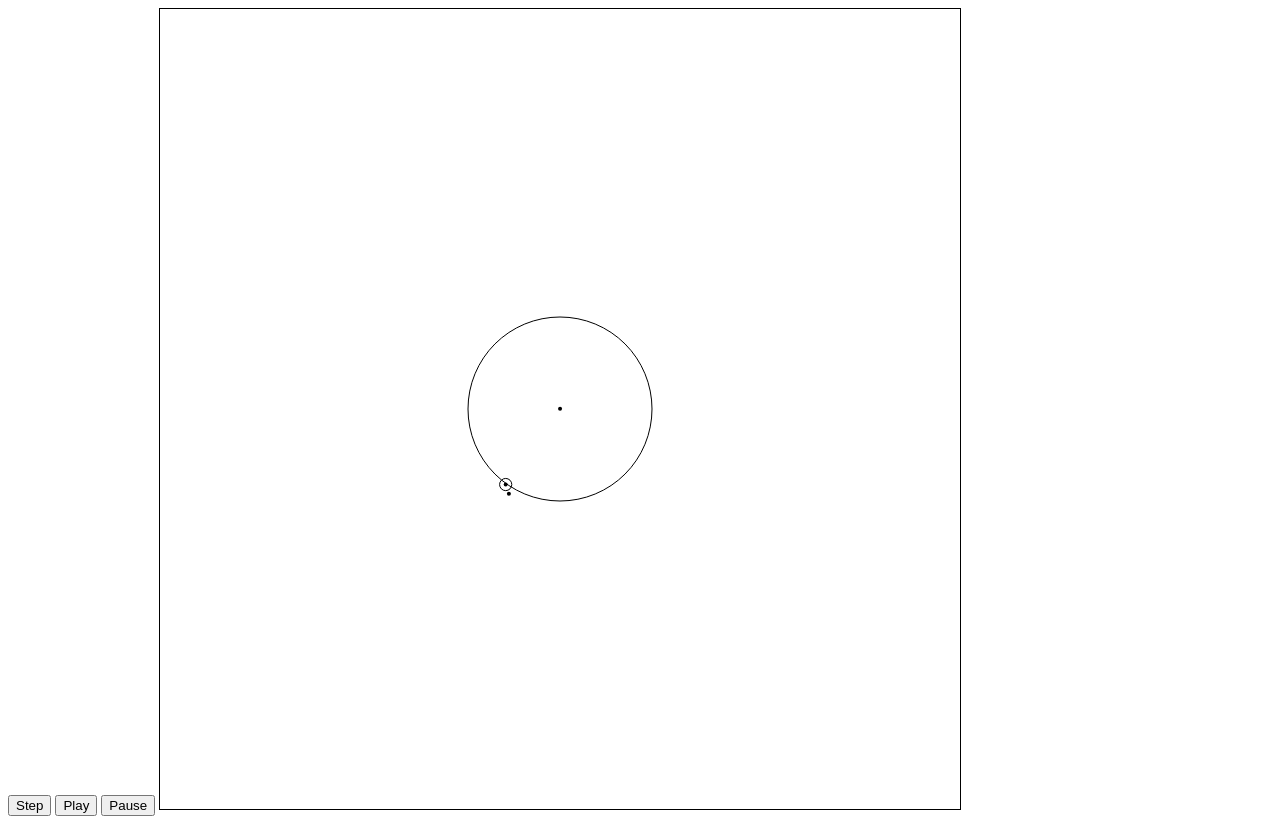
Repository: blahnikkai/n-body-simulation
Page: index.html
The author's editor kept a copy of each file at every save. The page is drawn from the files as they stood at one save, then again after the next save.
The browser window is 1280 px wide. The pictures show the whole page.

Above is the page before, as saved 2024-02-22 16:01:25.

### index.html
<!DOCTYPE html>
<html lang="en">
    <head>
        <meta charset="UTF-8" />
        <meta name="viewport" content="width=device-width, initial-scale=1.0" />
        <title>Document</title>
        <link rel="stylesheet" href="styles.css">
        <script src="script.js" defer></script>
    </head>
    <body>
        <button id="step">Step</button>
        <button id="play">Play</button>
        <button id="pause">Pause</button>
        <canvas id="canvas" width="800" height="800">
    </body>
</html>

### styles.css
canvas {
    background-color: white;
    border: 1px solid black;
}

html {
    background-color: white;
}

### script.js
const G = 6.67e-11
const DIST_SCALE = 1000000
const TIME_SCALE = 5
const FRAMERATE = 60

class Vector {
    constructor(x, y) {
        this.x = x
        this.y = y
    }
}

function norm(vec) {
    return Math.hypot(vec.x, vec.y)
}

function add(vec1, vec2) {
    return new Vector(vec1.x + vec2.x, vec1.y + vec2.y)
}

function scale(scalar, vec) {
    return new Vector(scalar * vec.x, scalar * vec.y)
}

function sub(vec1, vec2) {
    return add(vec1, scale(-1, vec2))
}

function dist(vec1, vec2) {
    return norm(sub(vec1, vec2))
}

class Body {

    constructor(mass, pos, vel) {
        this.mass = mass
        this.pos = pos
        this.vel = vel
        this.acc = new Vector(0, 0)
    }

    integrate() {
        // do i need "this."
        console.log('starting integrate')
        console.log(`vel = ${this.vel}`)
        console.log(`pos = ${this.pos}`)
        this.vel = add(this.vel, scale(TIME_SCALE / FRAMERATE, this.acc))
        this.pos = add(this.pos, scale(TIME_SCALE / FRAMERATE, this.vel))
        console.log('ending integrate')
        console.log(`vel = ${this.vel}`)
        console.log(`pos = ${this.pos}`)
    }

    interact(body2) {
        const d = dist(this.pos, body2.pos)
        const acc_mag = G * body2.mass / Math.pow(d, 2)
        const diff = sub(body2.pos, this.pos)
        console.log(`in interact, diff = `)
        console.log(diff)
        const unit = scale(1 / norm(diff), diff)
        const acc = scale(acc_mag, unit)
        this.acc = add(this.acc, acc)
    }
}

function main() {
    canvas = document.getElementById('canvas')
    const ctx = canvas.getContext('2d')
    let bodies = []
    // sun
    bodies.push(new Body(1.99e33, new Vector(400 * DIST_SCALE, 400 * DIST_SCALE), new Vector(0, 0)))
    // earth
    // const v_earth = -37983549.0706
    bodies.push(new Body(5.97e29, new Vector((400 + 92) * DIST_SCALE, 400 * DIST_SCALE), new Vector(0, -37983549.0706)))
    // moon ?!
    bodies.push(new Body(7.35e22, new Vector((400 + 92 - 6.1) * DIST_SCALE, 400 * DIST_SCALE), new Vector(0, -37983549.0706 - 1.5 * 2555031)))
    canvas.addEventListener('click', (e) => {
        const rect = e.target.getBoundingClientRect()
        const x = e.clientX - rect.left
        const y = e.clientY - rect.top
        const body = new Body(1_000_000, new Vector(DIST_SCALE * x, DIST_SCALE * y), new Vector(0, 0))
        console.log('clicked')
        bodies.push(body)
    })
    const step = () => {
        for(let i = 0; i < bodies.length; ++i) {
            bodies[i].acc = new Vector(0, 0)
        }
        for(let i = 0; i < bodies.length; ++i) {
            for(let j = i + 1; j < bodies.length; ++j) {
                bodies[i].interact(bodies[j])
                bodies[j].interact(bodies[i])
            }
        }
        for(let i = 0; i < bodies.length; ++i) {
            bodies[i].integrate()
        }
        setTimeout(step, 1000 / FRAMERATE)
    }
    const render = () => {
        ctx.clearRect(0, 0, canvas.width, canvas.height)
        ctx.beginPath()
        ctx.arc(400, 400, 92, 0, 2 * Math.PI)
        ctx.stroke()
        for(let i = 0; i < bodies.length; ++i) {
            ctx.beginPath()
            ctx.arc(bodies[i].pos.x / DIST_SCALE, bodies[i].pos.y / DIST_SCALE, 2, 0, 2 * Math.PI)
            ctx.fill()
            console.log('drawing')
            console.log(bodies)
            console.log(bodies[i].pos.x)
            console.log(bodies[i].pos.y)
        }
        ctx.beginPath()
        ctx.arc(bodies[1].pos.x / DIST_SCALE, bodies[1].pos.y / DIST_SCALE, 6.1, 0, 2 * Math.PI)
        ctx.stroke()
        // setTimeout(render, 1000 / FRAMERATE)
        window.requestAnimationFrame(render)
    }
    render()
    step()
    const step_btn = document.getElementById('step')
    step_btn.addEventListener('click', () => {
        step()
    })
}

main()

After the next save:
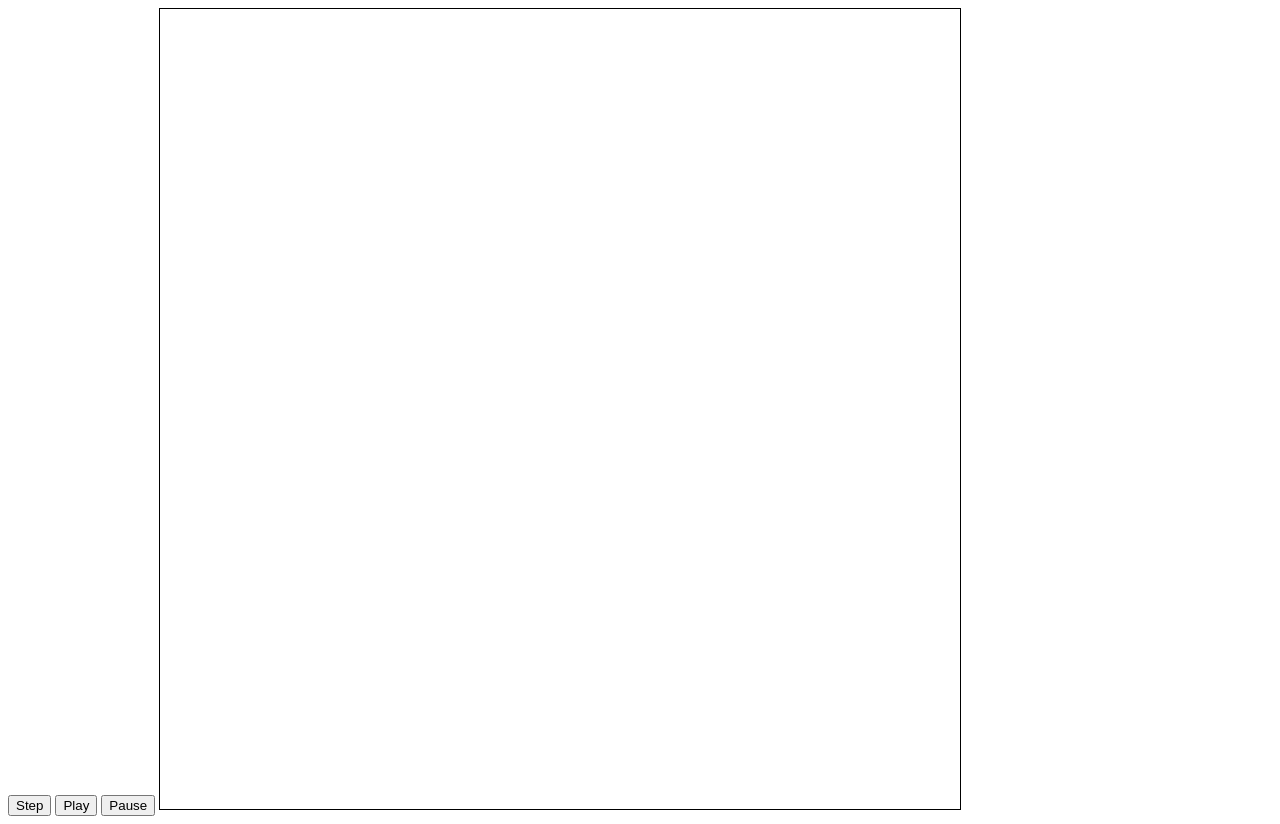
Console error: SyntaxError: Identifier 'step_btn' has already been declared
Saved 4 s later.
--- a/script.js
+++ b/script.js
@@ -120,6 +120,8 @@
     render()
     step()
     const step_btn = document.getElementById('step')
+    const step_btn = document.getElementById('step')
+    const step_btn = document.getElementById('step')
     step_btn.addEventListener('click', () => {
         step()
     })

After the save that followed:
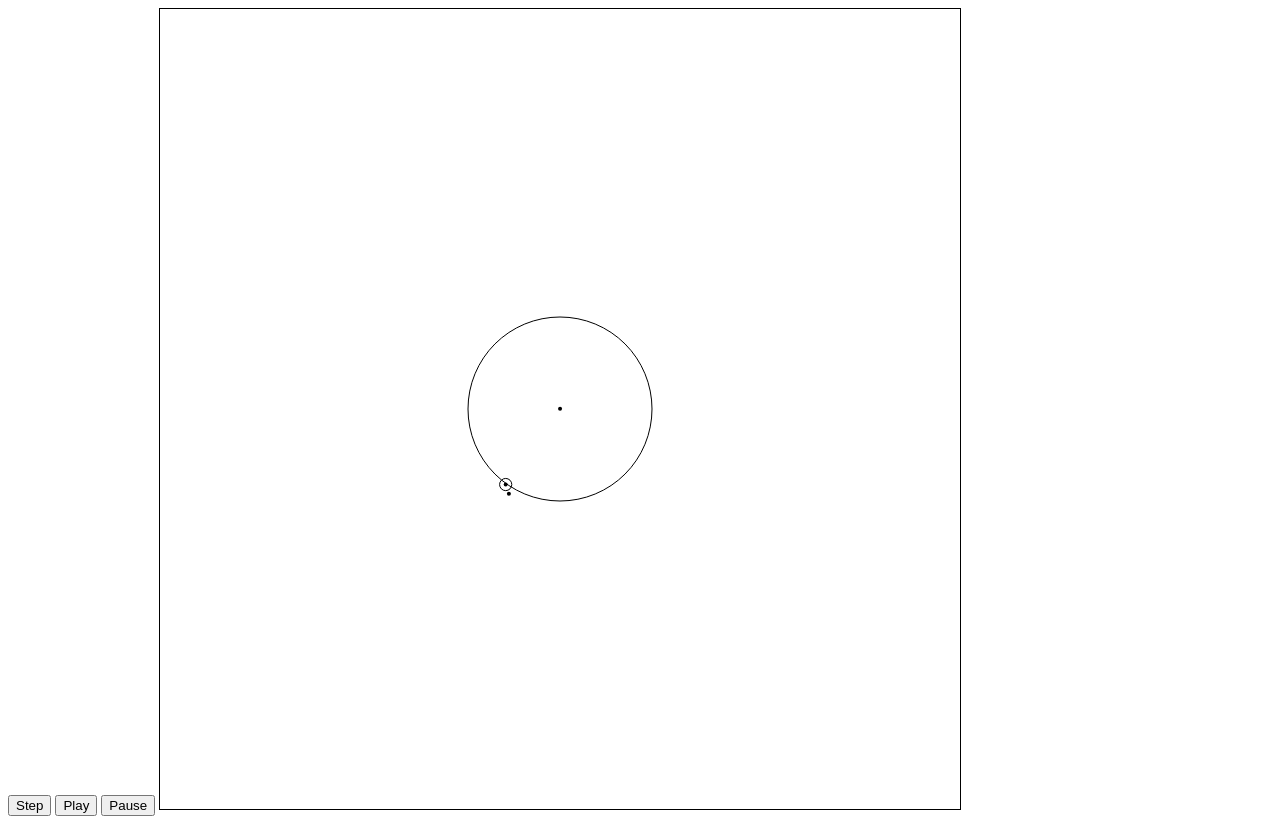
The error is gone.
Saved 8 s later.
--- a/script.js
+++ b/script.js
@@ -120,8 +120,8 @@
     render()
     step()
     const step_btn = document.getElementById('step')
-    const step_btn = document.getElementById('step')
-    const step_btn = document.getElementById('step')
+    const play_btn = document.getElementById('play')
+    const pause_btn = document.getElementById('pause')
     step_btn.addEventListener('click', () => {
         step()
     })
